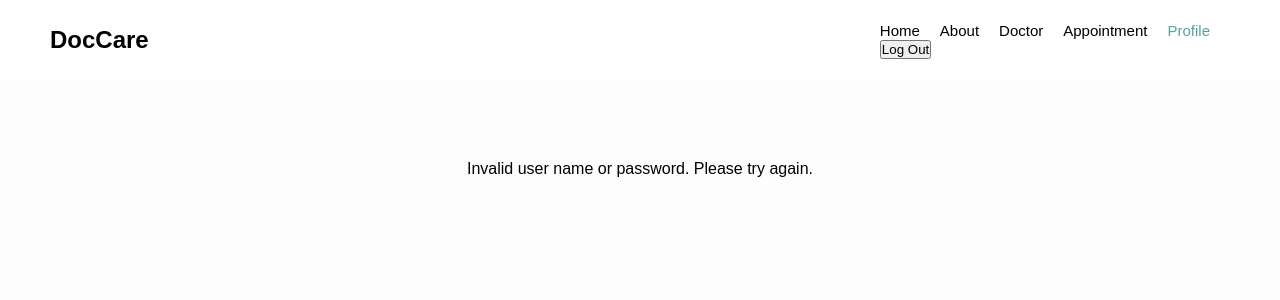
Repository: MonaliWatareka/echanneling
Page: http://localhost/PatientDemo/patientAccount.jsp
The author's editor kept a copy of each file at every save. The page is drawn from the files as they stood at one save, then again after the next save.
The browser window is 1280 px wide. The pictures show the whole page.
The page is served by Tomcat 10. Other server files are loaded and not shown. The template is opened directly, without the code that normally fills it, so the values that code supplies are empty.

Above is the page before, as saved 2024-10-13 03:38:59.

### Project/PatientDemo/src/main/webapp/patientAccount.jsp
<%@ page language="java" contentType="text/html; charset=UTF-8" pageEncoding="UTF-8"%>
<%@ taglib uri="http://java.sun.com/jsp/jstl/core" prefix="c" %>
<!DOCTYPE html>
<html lang="en">
<head>
    <meta charset="UTF-8">
    <meta name="viewport" content="width=device-width, initial-scale=1.0">
    <title>Patient Profile</title>
    <link rel="stylesheet" href="${pageContext.request.contextPath}/css/login.css">
    <link rel="stylesheet" href="https://cdnjs.cloudflare.com/ajax/libs/font-awesome/6.0.0-beta3/css/all.min.css">




</head>
<body>

    <!-- Navigation Bar -->
    <div class="nav">
        <div class="nav-logo">
            <p>DocCare</p>
        </div>
        <div class="nav-menu">
            <ul>
                <li><a href="Home.jsp" class="link">Home</a></li>
                <li><a href="About.jsp" class="link">About</a></li>
                <li><a href="AvailabilityDisplayServlet" class="link">Doctor</a></li>
                <li><a href="#" class="link">Appointment</a></li>
                <li><a href="PatientAccServlet" class="link active">Profile</a></li>
            </ul>
            <div class="auth-buttons">
                <form action="logoutServlet" method="get">
                    <button type="submit" class="btn">Log Out</button>
                </form>
            </div>
        </div>
    </div>

    <div class="wrapper">
        <c:forEach var="patient" items="${patientDetails}">
            <c:set var="id" value="${patient.patientID}" />
            <c:set var="fname" value="${patient.patientFName}" />
            <c:set var="lname" value="${patient.patientLName}" />
            <c:set var="phone" value="${patient.patientPhone}" />
            <c:set var="dob" value="${patient.patientDOB}" />
            <c:set var="email" value="${patient.patientEmail}" />
            <c:set var="password" value="${patient.patientPassword}" />

            <div class="form-box">
                <div class="form-container">
                    <header>Patient Profile</header>
                    <div class="input-box">
                        <label>Patient ID</label>
                        <input type="text" class="input-field" value="${patient.patientID}" readonly>
                    </div>

                    <div class="input-box">
                        <label>First Name</label>
                        <input type="text" class="input-field" value="${patient.patientFName}" required>
                    </div>

                    <div class="input-box">
                        <label>Last Name</label>
                        <input type="text" class="input-field" value="${patient.patientLName}" readonly>
                    </div>

                    <div class="input-box">
                        <label>Phone</label>
                        <input type="text" class="input-field" value="${patient.patientPhone}" readonly>
                    </div>

                    <div class="input-box">
                        <label>Date of Birth</label>
                        <input type="text" class="input-field" value="${patient.patientDOB}" readonly>
                    </div>

                    <div class="input-box">
                        <label>Email</label>
                        <input type="text" class="input-field" value="${patient.patientEmail}" readonly>
                    </div>

                    <div class="input-box">
                        <label>Password</label>
                        <input type="text" class="input-field" value="${patient.patientPassword}" readonly>
                    </div>

                    <c:url value="patientAccountUpdate.jsp" var="profileUpdate">
                        <c:param name="id" value="${id}" />
                        <c:param name="fname" value="${fname}" />
                        <c:param name="lname" value="${lname}" />
                        <c:param name="phone" value="${phone}" />
                        <c:param name="dob" value="${dob}" />
                        <c:param name="email" value="${email}" />
                        <c:param name="password" value="${password}" />
                    </c:url>

                    <div class="input-box">
                        <a href="${profileUpdate}">
                            <input type="button" class="submit" value="Update">
                        </a>
                    </div>

                    <c:url value="patientAccountDelete.jsp" var="profileDelete">
                        <c:param name="id" value="${id}" />
                        <c:param name="fname" value="${fname}" />
                        <c:param name="lname" value="${lname}" />
                        <c:param name="phone" value="${phone}" />
                        <c:param name="dob" value="${dob}" />
                        <c:param name="email" value="${email}" />
                        <c:param name="password" value="${password}" />
                    </c:url>

                    <div class="input-box">
                        <a href="${profileDelete}">
                            <input type="button" class="submit" value="Delete">
                        </a>
                    </div>
                </div>
            </div>
        </c:forEach>
    </div>

    <c:if test="${empty patientDetails}">
        <p>Invalid user name or password. Please try again.</p>
    </c:if>

</body>
</html>

### Project/PatientDemo/src/main/webapp/css/login.css

* {
    margin: 0;
    padding: 0;
    box-sizing: border-box;
    font-family: 'Arial', sans-serif;
}

body {

    background-color: #fdfdfd;
    display: flex;
    flex-direction: column;
    justify-content: flex-start;
    align-items: center;
    height: 100vh;
}

/* Navigation Bar */
.nav {
    width: 100%;
    height: 80px;
    background:rgb(255, 255, 255);
    display: flex;
    justify-content: space-between;
    align-items: center;
    padding: 0 50px;
    position: fixed;
    top: 0;
    left: 0;
    z-index: 100;
}

.nav-logo p {
    color: #000000;
    font-size: 24px;
    font-weight: bold;
}

.nav-menu ul {
    list-style: none;
    display: flex;
}

.nav-menu ul li {
    margin-right: 20px;
}

.nav-menu ul li a {
    color: #000000;
    text-decoration: none;
    font-size: 15px;
    transition: color 0.3s ease;
}

.nav-menu ul li a:hover,
.nav-menu ul li a.active {
    color:cadetblue;
}

.nav-button .btn {
    background-color: cadetblue;
    color: #fff;
    padding: 10px 20px;
    border: none;
    cursor: pointer;
    border-radius: 30px;
    transition: background-color 0.3s ease;
}

.nav-button .btn:hover {
    background-color: lightblue;
}

/* Wrapper and Form Styles */
.wrapper {

    width: 90%;
    max-width: 400px;
    padding: 20px;
    border: none;
    position: relative;
    margin-top: 120px;
    display: flex;
    justify-content: center;
    align-items: center;
    flex-direction: column;

}

.form-box {
    width: 500px;
    position: relative;

}

header {
    font-size: 20px;
    margin-top: 10px;
    font-weight: bold;
    margin-bottom: 20px;
    text-align: center;
}
label{
    font-size: 12px;
    margin-left: 10px;

}
.input-box {
    position: relative;

    margin-bottom: 20px;
}

.input-box i {
    position: absolute;
    left: 10px;
    top: 20px;
    color: #888;
}

.input-field {
    width: 95%;
    margin-top: 10px;
    padding: 10px 40px;
    border: 1px solid #ddd;
    border-radius: 25px;
    font-size: 14px;
}

.submit {
    width: 100%;
    padding: 10px;
    background-color: cadetblue;
    color: #fff;
    border: none;
    border-radius: 25px;
    cursor: pointer;
    font-size: 14px;
    transition: background-color 0.3s ease;
}

.submit:hover {
    background-color: lightblue;
}

.login-container,
.register-container {
    display: none;
    position: absolute;
    width: 100%;
    border: cadetblue solid;
    border-radius: 25px;
    padding: 20px;
    box-shadow: 8px 8px rgba(0, 0, 0, 0.1);

}
.form-container{

    width: 100%;
    max-width: 500px;
    margin: 0 auto;
    border: cadetblue solid;

    padding: 20px;
    box-shadow: 8px 8px rgba(0, 0, 0, 0.1);
    display: flex;
    flex-direction: column;
    padding: 0 10px;

}


.login-container.active,
.register-container.active {
    display: block;

}
.input-box select.input-field {
    padding: 10px 40px;
    -webkit-appearance: none; /* Remove default dropdown arrow appearance in WebKit browsers */
    -moz-appearance: none; /* Remove default dropdown arrow appearance in Mozilla browsers */
    appearance: none; /* Remove default dropdown arrow appearance in all browsers */
}
span {

    font-size: 20px;
    display: block;
    margin-bottom: 20px;
    text-align: center;
}

span a {
    color: cadetblue;
    cursor: pointer;
    text-decoration: none;
}

span a:hover {
    text-decoration: underline;
}

@media (max-width: 768px) {
    .nav {
        padding: 0 20px; /* Reduced padding for smaller screens */
        height: 60px; /* Adjusted height */
    }

    .nav-logo p {
        font-size: 20px; /* Smaller font size for logo */
    }

    .nav-menu ul li {
        margin-right: 10px; /* Reduced margin for menu items */
    }

    .nav-menu ul li a {
        font-size: 10px; /* Smaller font size for links */
    }

    .wrapper {
        width: 90%;
        margin-top: 100px; /* Adjust margin to fit screen */
    }

    header {
        font-size: 24px; /* Smaller font size for header */
    }

    .input-field {
        font-size: 14px; /* Smaller font size for input fields */
    }

    .submit {
        font-size: 14px; /* Smaller font size for submit button */
    }

    span {
        font-size: 15x; /* Smaller font size for span */
    }
}

@media (max-width: 480px) {
    .nav {
        padding: 0 10px; /* Further reduced padding for very small screens */
        height: 50px; /* Adjusted height */
    }

    .nav-logo p {
        font-size: 18px; /* Even smaller font size for logo */
    }

    .nav-menu ul li {
        margin-right: 5px; /* Further reduced margin for menu items */
    }

    .nav-menu ul li a {
        font-size: 8px; /* Even smaller font size for links */
    }

    .wrapper {
        margin-top: 80px; /* Further adjusted margin */
    }

    header {
        font-size: 20px; /* Smaller font size for header */
    }

    .input-field {
        font-size: 12px; /* Smaller font size for input fields */
    }

    .submit {
        font-size: 12px; /* Smaller font size for submit button */
    }

    span {
        font-size: 18px; /* Smaller font size for span */
    }
}

After the next save:
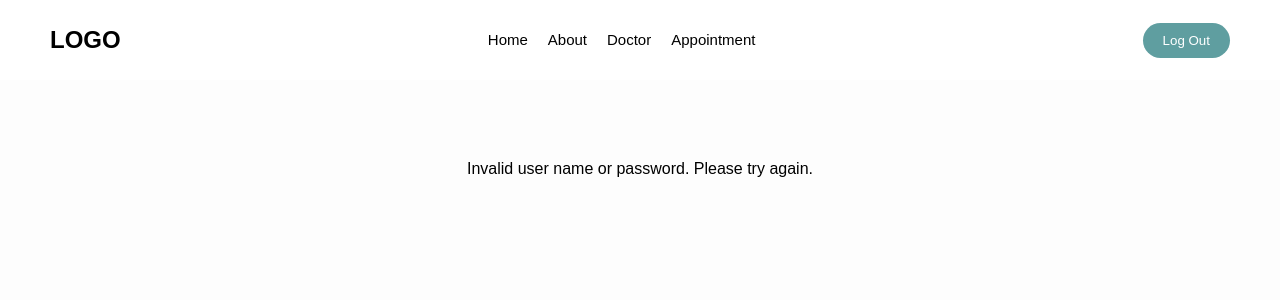
Saved 30 min 36 s later.
--- a/Project/PatientDemo/src/main/webapp/patientAccount.jsp
+++ b/Project/PatientDemo/src/main/webapp/patientAccount.jsp
@@ -10,31 +10,39 @@
     <link rel="stylesheet" href="https://cdnjs.cloudflare.com/ajax/libs/font-awesome/6.0.0-beta3/css/all.min.css">
 
 
+    <script>
 
+
+    </script>
 
 </head>
 <body>
-
-    <!-- Navigation Bar -->
+ <!-- Navigation Bar -->
     <div class="nav">
         <div class="nav-logo">
-            <p>DocCare</p>
+            <p>LOGO</p>
         </div>
         <div class="nav-menu">
             <ul>
-                <li><a href="Home.jsp" class="link">Home</a></li>
-                <li><a href="About.jsp" class="link">About</a></li>
-                <li><a href="AvailabilityDisplayServlet" class="link">Doctor</a></li>
+                <li><a href="#" class="link ">Home</a></li>
+                <li><a href="#" class="link">About</a></li>
+                <li><a href="#" class="link">Doctor</a></li>
                 <li><a href="#" class="link">Appointment</a></li>
-                <li><a href="PatientAccServlet" class="link active">Profile</a></li>
+
+
             </ul>
-            <div class="auth-buttons">
-                <form action="logoutServlet" method="get">
-                    <button type="submit" class="btn">Log Out</button>
-                </form>
-            </div>
+
         </div>
+
+        <div class="nav-button">
+
+                    <form action="logoutServlet" method="get">
+                        <button type="submit" class="btn">Log Out</button>
+                    </form>
+                </div>
+
     </div>
+
 
     <div class="wrapper">
         <c:forEach var="patient" items="${patientDetails}">
